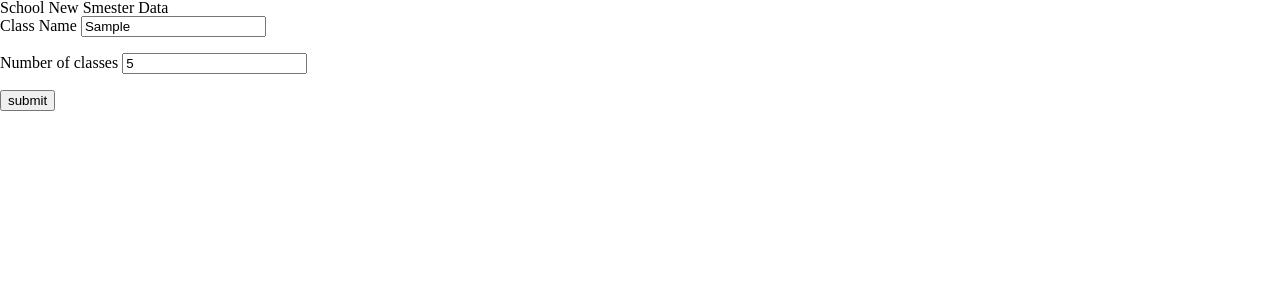
Repository: Razan-am/exam-practice
Page: index.html
These files come from the project's save history. The page is drawn as it stood at one moment and after the next save; the edit follows.
The browser window is 1280 px wide. The pictures show the whole page.
Empty fields were first filled with sample values (such as "Sample", 5 or name@example.com).
After loading, the first visible `#myForm` was submitted once.

Above is the page before, as saved 2021-05-30 22:13:17.
Console error: ReferenceError: thEl is not defined

### index.html
<!DOCTYPE html>
<html lang="en">
<head>
    <meta charset="UTF-8">
    <meta http-equiv="X-UA-Compatible" content="IE=edge">
    <meta name="viewport" content="width=device-width, initial-scale=1.0">
    <title>Document</title>
    <link rel="stylesheet" href="css/reset.css">
    <link rel="stylesheet" href="css/style.css">
</head>
<body>
    <header>
        <h1>School New Smester Data</h1>
    </header>
    <main>
        <form action="" id="myForm">
            <fieldset>
                <label for="className">Class Name</label>
                <input type="text" id="className" name="className" placeholder="9th">
                <br/><br/>
                <label for="classNumber">
                    Number of classes
                </label>
                <input type="number" id="classNamber" name="classNumber">
                <br/><br/>
                <input type="submit" value="submit">
            </fieldset>
        </form>
        <div id="table"></div>
    </main>
    <footer></footer>
    <script src="js/app.js"></script>
</body>
</html>

### js/app.js
'use strict';

let myForm = document.getElementById('myForm');
let myTable = document.getElementById('table');

let headerData = ['class','number of classes','number of students for each class']

let mainArr = [];
function Myform (className,numberOfClasses){
    this.className = className;
    this.numberOfClasses = numberOfClasses;
    mainArr.push(this);
}

myForm.addEventListener('submit',handleSubmit);

function handleSubmit(event){
    event.preventDefault();
    let className = event.target.className.value;
    let classNumber = event.target.classNumber.value;
    new Myform(className,classNumber);
    render();
}

let tabelEl = document.createElement('table');
myTable.appendChild(tabelEl);
function render (){
    let headerEl = document.createElement('tr');
    tabelEl.appendChild(thEl);
    for (let index = 0; index < headerData.length; index++) {
        let thEl = document.createElement('th');
        headerEl.appendChild(thEl);
        thEl.textContent = `${headerData[index]}`
    }
}

Loaded but not shown: css/reset.css (common file); css/style.css (no copy from this time; the picture is the same without it)

After the next save:
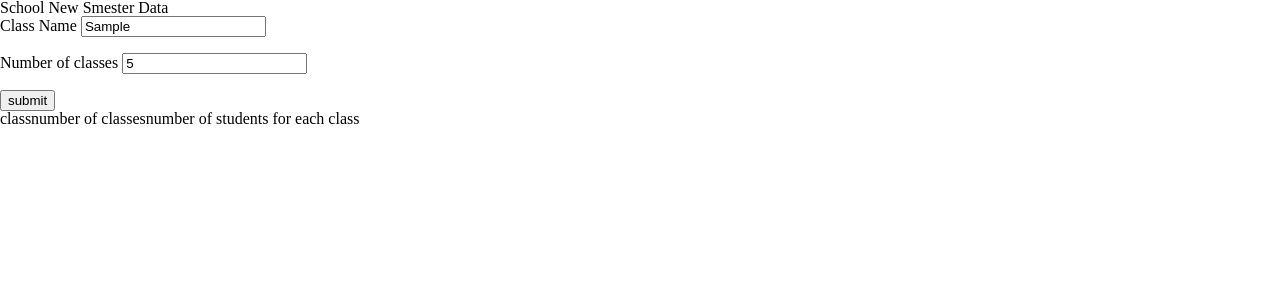
The error is gone.
Saved 18 s later.
--- a/js/app.js
+++ b/js/app.js
@@ -26,7 +26,7 @@ let tabelEl = document.createElement('table');
 myTable.appendChild(tabelEl);
 function render (){
     let headerEl = document.createElement('tr');
-    tabelEl.appendChild(thEl);
+    tabelEl.appendChild(headerEl);
     for (let index = 0; index < headerData.length; index++) {
         let thEl = document.createElement('th');
         headerEl.appendChild(thEl);
